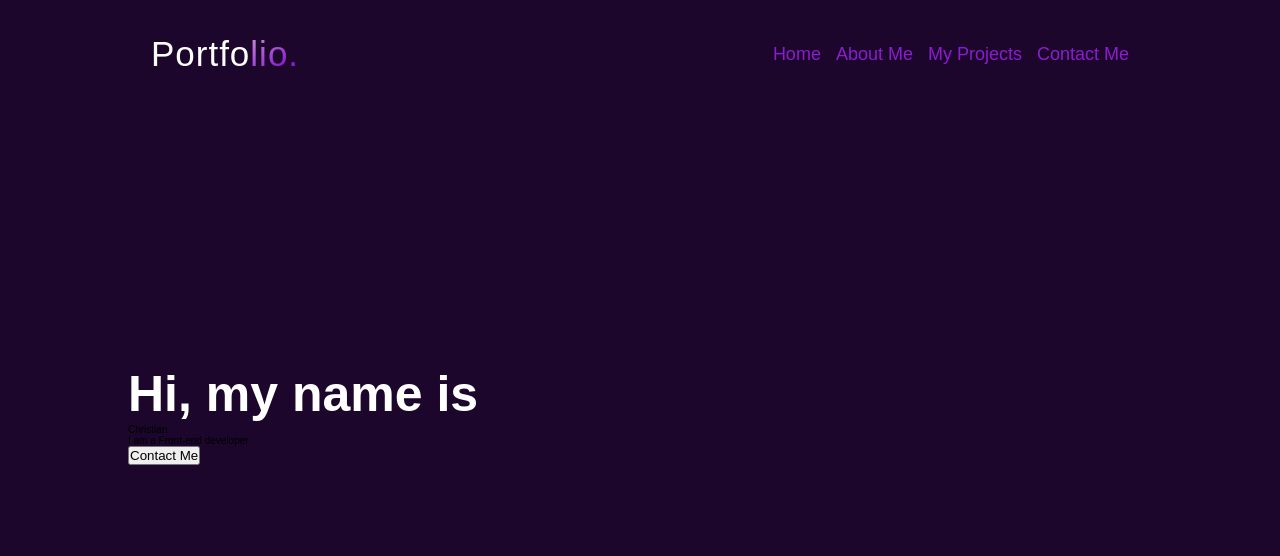
Repository: ChristianGecchelin/portfolio-web
Page: /
An editor plug-in stored every save of this project. The page is shown before and after the next save, followed by the edit.
The browser window is 1280 px wide. The pictures show the whole page.
The project was rebuilt for these pictures with package versions that can differ from the ones it lists, and the page was loaded fresh each time. Also part of the build but not shown: src/App/App.css.

Above is the page before, as saved 2022-01-20 19:28:38.

### public/index.html
<!DOCTYPE html>
<html lang="en">
  <head>
    <meta charset="utf-8" />
    <link rel="icon" href="%PUBLIC_URL%/favicon.ico" />
    <meta name="viewport" content="width=device-width, initial-scale=1" />
    <meta name="theme-color" content="#000000" />
    <meta name="description" content="Portfolio Online Christian Gecchelin" />
    <link rel="apple-touch-icon" href="%PUBLIC_URL%/logo192.png" />

    <link rel="manifest" href="%PUBLIC_URL%/manifest.json" />

    <title>Portfolio Christian</title>
  </head>
  <body>
    <noscript>You need to enable JavaScript to run this app.</noscript>
    <div id="root"></div>
  </body>
</html>

### src/index.js
import React from "react";
import ReactDOM from "react-dom";

import App from "./App/index";
import "./index.css";
ReactDOM.render(<App />, document.getElementById("root"));

### src/App/index.js
import { AppUI } from "./AppUI";
import "./App.css";

function App() {
  return <AppUI></AppUI>;
}

export default App;

### src/index.css
* {
  box-sizing: border-box;
  margin: 0;
  padding: 0;
}
html {
  font-size: 62.5%;
  font-family: "DM Sans", sans-serif;
}
body {
  background: #1d062b;
  width: 100%;
  height: 100vh;
}

### src/App/AppUI.js
import React from "react";
import { Header } from "../Header/Index.js";
import { Home } from "../Home/Index.js";
import "./App.css";

function AppUI() {
  return (
    <>
      <Header />
      <Home />
    </>
  );
}
export { AppUI };

### src/Header/Index.js
import React from "react";
import { NavBar } from "./NavBar";
import "./header.css";

function Header() {
  return (
    <header>
      <h1>
        Portfo<span>lio.</span>
      </h1>
      <NavBar />
    </header>
  );
}
export { Header };

### src/Home/Index.js
import React from "react";
import "./Home.css";
function Home() {
  return (
    <section className="Home-container">
      <div className="text-container">
        <p className="first-lineText">Hi, my name is</p>
        <p>Christian</p>
        <p>I am a Front-end developer</p>
      </div>
      <button>Contact Me</button>
    </section>
  );
}
export { Home };

### src/Header/NavBar/index.js
import React from "react";
import { MobileNavigation } from "./MobileNavigation";
import { Navigation } from "./Navigation";
import "./NavBar.css";
function NavBar() {
  return (
    <div className="NavBar">
      <MobileNavigation />
      <Navigation />
    </div>
  );
}
export { NavBar };

### src/Header/header.css
header {
  display: flex;
  flex-direction: row;
  justify-content: space-around;
  align-items: center;
  gap: 5%;
  width: 100%;
  height: 15vh;
}
header h1 {
  margin: 0;
  width: 20%;
  min-width: 200px;
  font-size: 3.5rem;
  letter-spacing: 1px;
  font-weight: 500;
  color: #fff;
}
header h1 span {
  background: linear-gradient(147deg, #ce93d8 0%, #8c1cd1 74%);
  -webkit-background-clip: text;
  color: transparent;
  font-weight: 500;
}
@media (max-width: 750px) {
  header {
    justify-content: center;
    gap: 0;
  }
}

### src/Home/Home.css
.Home-container {
  position: relative;
  display: flex;
  flex-direction: column;
  justify-content: center;
  align-items: flex-start;
  width: 80%;
  min-width: 280px;
  height: 85vh;
  margin: 0 auto;
}
.text-container {
  display: flex;
  flex-direction: column;
  justify-content: center;
  align-items: flex-start;
  width: 100%;
  height: auto;
}
.first-lineText {
  font-size: 5rem;
  font-weight: 700;
  line-height: 6rem;
  color: #fff;
}
.principal-lineText {
  font-size: 10rem;
  font-weight: 700;
  color: #fff;
}

### src/Header/NavBar/MobileNavigation.js
import React, { useState } from "react";
import "./NavBar.css";
import { NavLinks } from "./NavLinks";
import { TiThMenu } from "react-icons/ti";
function MobileNavigation() {
  const [open, setOpen] = useState(false);
  const closeMobileMenu = () => setOpen(false);
  return (
    <nav className="MobileNavigation">
      <TiThMenu className="hamburguer" onClick={() => setOpen(!open)} />
      {open && <NavLinks isMobile={true} closeMobileMenu={closeMobileMenu} />}
    </nav>
  );
}
export { MobileNavigation };

### src/Header/NavBar/Navigation.js
import React from "react";
import "./NavBar.css";
import { NavLinks } from "./NavLinks";
function Navigation() {
  return (
    <nav className="Navigation">
      <NavLinks />
    </nav>
  );
}
export { Navigation };

### src/Header/NavBar/NavBar.css
.NavBar .MobileNavigation {
  display: none;
}
.NavBar .Navigation {
  display: flex;
  align-items: center;
}
.NavBar nav ul {
  display: flex;
  flex-direction: row;
  justify-content: flex-end;
  gap: 15px;
  text-align: center;
  list-style: none;
}
.NavBar nav ul li a {
  font-size: 1.8rem;
  font-weight: 500;
  line-height: 2rem;
  text-decoration: none;
  color: #8c1cd1;
}
a:visited {
  color: #8c1cd1;
}
.NavBar nav ul li a:hover {
  color: #fff;
}
@media (max-width: 750px) {
  .NavBar .Navigation {
    display: none;
  }
  .NavBar .MobileNavigation {
    display: flex;
    align-items: center;
  }
  .NavBar .MobileNavigation .hamburguer {
    position: absolute;
    color: #fff;
    height: 2rem;
    width: 2rem;
    cursor: pointer;
    z-index: 1;
  }
  .NavBar nav ul {
    display: flex;
    flex-direction: column;
    justify-content: center;
    gap: 10px;
    position: absolute;
    margin: 0;
    top: 0;
    right: 0;
    width: 100%;
    height: 100vh;
    background: rgba(0, 0, 0, 0.4);
    text-align: center;
  }
  .NavBar nav ul li a {
    font-size: 2.4rem;
    font-weight: 500;
    line-height: 2.5rem;
    text-decoration: none;
    letter-spacing: 1px;
  }
  a:visited {
    color: #8c1cd1;
  }
}

### src/Header/NavBar/NavLinks.js
import React from "react";
import "./NavBar.css";
import { motion } from "framer-motion";
function NavLinks(props) {
  const animateFrom = { opacity: 0, y: -40 };
  const animateTo = { opacity: 1, y: 0 };
  return (
    <ul>
      <motion.li
        initial={animateFrom}
        animate={animateTo}
        transition={{ delay: 0.05 }}
        onClick={() => props.isMobile && props.closeMobileMenu()}
      >
        <a href="#home">Home</a>
      </motion.li>
      <motion.li
        initial={animateFrom}
        animate={animateTo}
        transition={{ delay: 0.1 }}
        onClick={() => props.isMobile && props.closeMobileMenu()}
      >
        <a href="#aboutMe">About Me</a>
      </motion.li>
      <motion.li
        initial={animateFrom}
        animate={animateTo}
        transition={{ delay: 0.2 }}
        onClick={() => props.isMobile && props.closeMobileMenu()}
      >
        <a href="#myProjects">My Projects</a>
      </motion.li>
      <motion.li
        initial={animateFrom}
        animate={animateTo}
        transition={{ delay: 0.3 }}
        onClick={() => props.isMobile && props.closeMobileMenu()}
      >
        <a href="#contactMe">Contact Me</a>
      </motion.li>
    </ul>
  );
}
export { NavLinks };

After the next save:
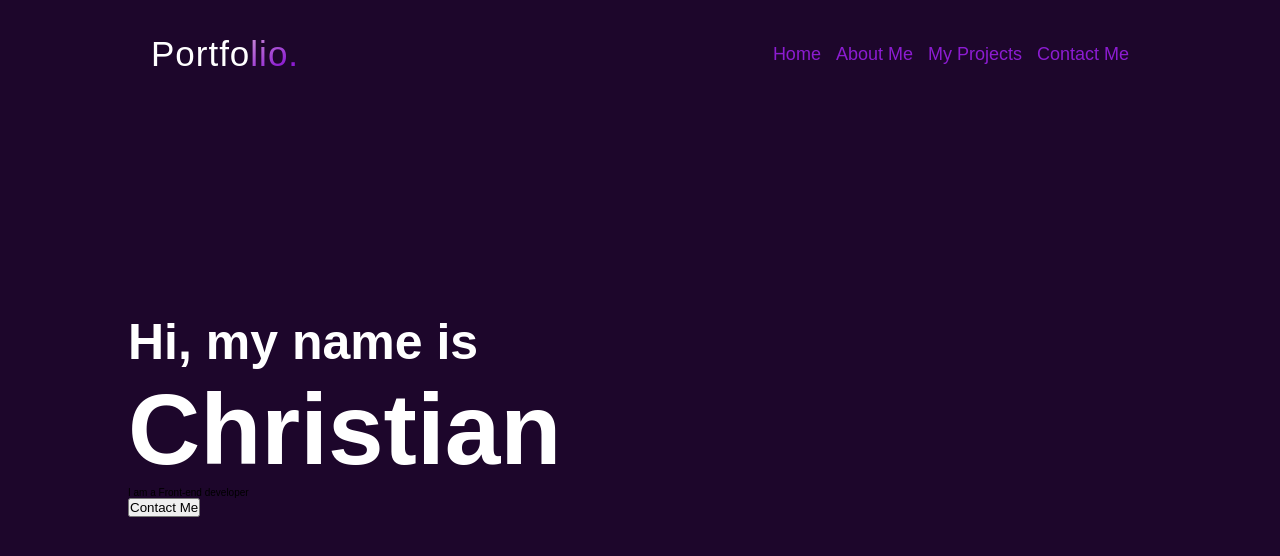
Saved 23 s later.
--- a/src/Home/Index.js
+++ b/src/Home/Index.js
@@ -5,8 +5,8 @@
     <section className="Home-container">
       <div className="text-container">
         <p className="first-lineText">Hi, my name is</p>
-        <p>Christian</p>
-        <p>I am a Front-end developer</p>
+        <p className="principal-lineText">Christian</p>
+        <p className="secondary-lineText">I am a Front-end developer</p>
       </div>
       <button>Contact Me</button>
     </section>
